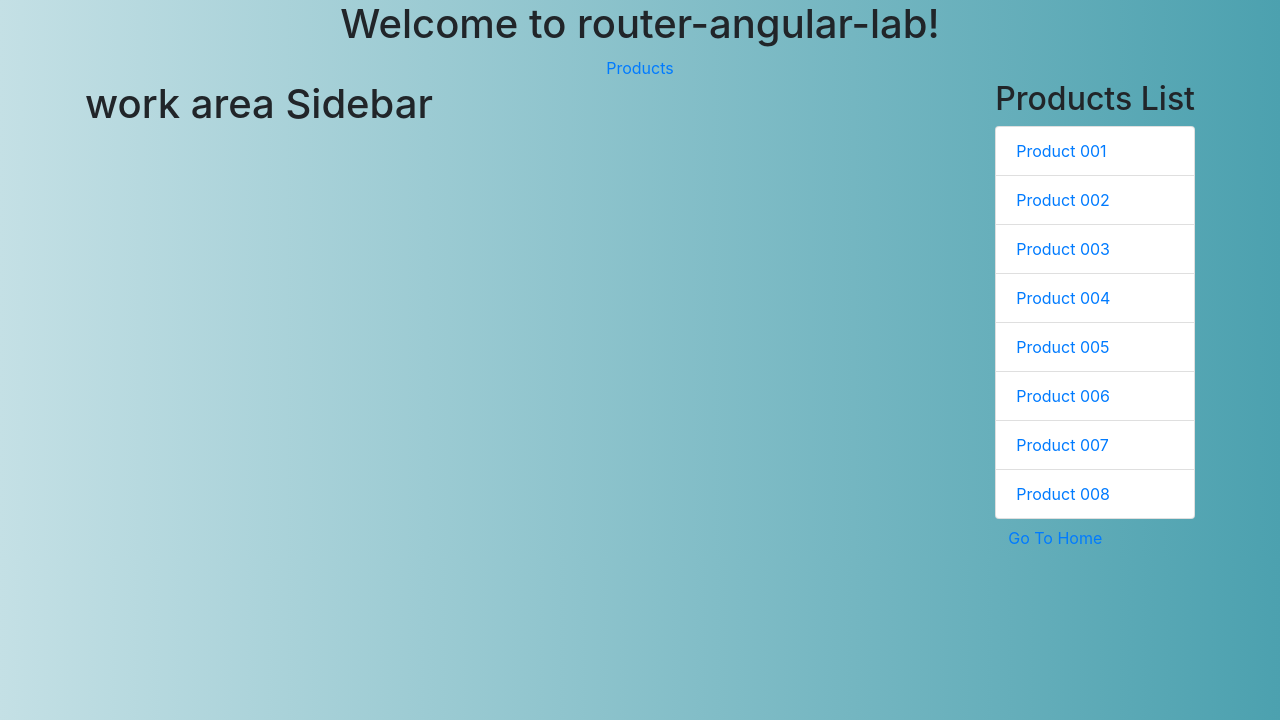
Repository: desalab/router-angular-lab
Page: /products
An editor plug-in stored every save of this project. The page is shown before and after the next save, followed by the edit.
The browser window is 1280 px wide. The pictures show the whole page.
The project was rebuilt for these pictures with package versions that can differ from the ones it lists, and the page was loaded fresh each time. Also part of the build but not shown: angular.json, src/app/product-detail/product-detail.component.ts, src/app/product-list-sidebar/product-list-sidebar.component.ts, src/app/home/home.component.ts.

Above is the page before, as saved 2018-12-06 01:09:49.

After the next save:
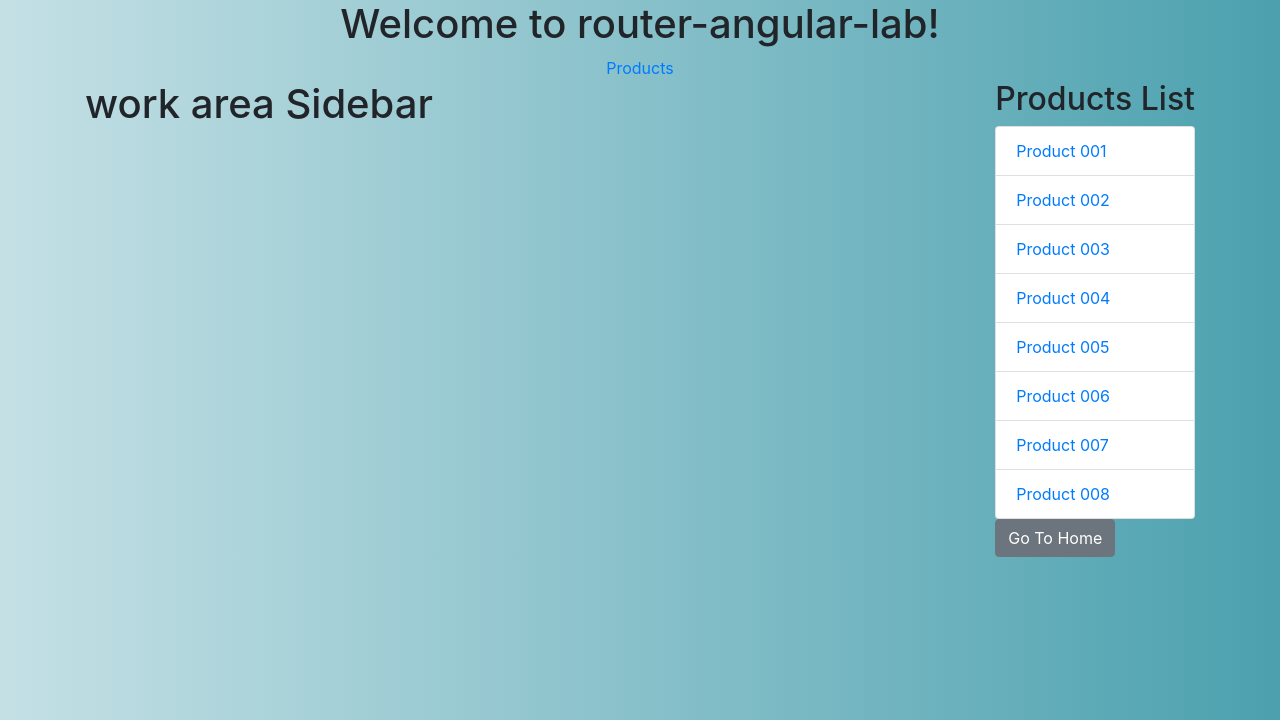
Saved 37 s later.
--- a/src/app/product-list/product-list.component.html
+++ b/src/app/product-list/product-list.component.html
@@ -6,4 +6,4 @@
 	</li>
 </ul>
 
-<a class="btn" routerLink="/">Go To Home</a>
+<a class="btn btn-secondary" routerLink="/">Go To Home</a>
